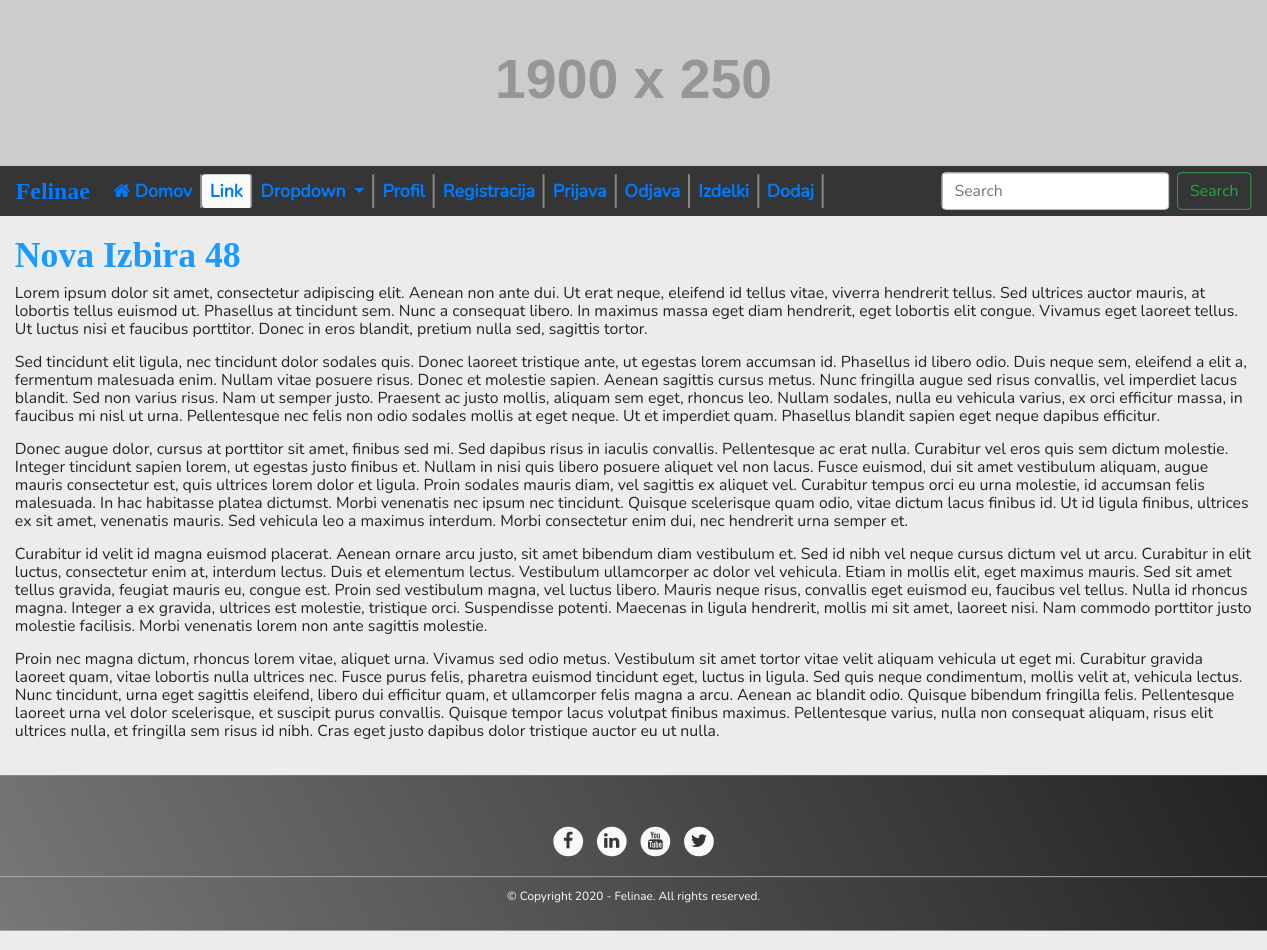
Repository: UrbyK/Felinae
Page: http://localhost/index.php?page=home
An editor plug-in stored every save of this project. The page is shown before and after the next save, followed by the edit.
The browser window is 1280 px wide. The pictures show the whole page, at 99% of full size.
Some web fonts or font styles are not loaded; a fallback is used. The page is run by PHP 8.4 with error messages shown; the project is at /var/www/html/.

Above is the page before, as saved 2020-08-30 00:18:00.

After the next save:
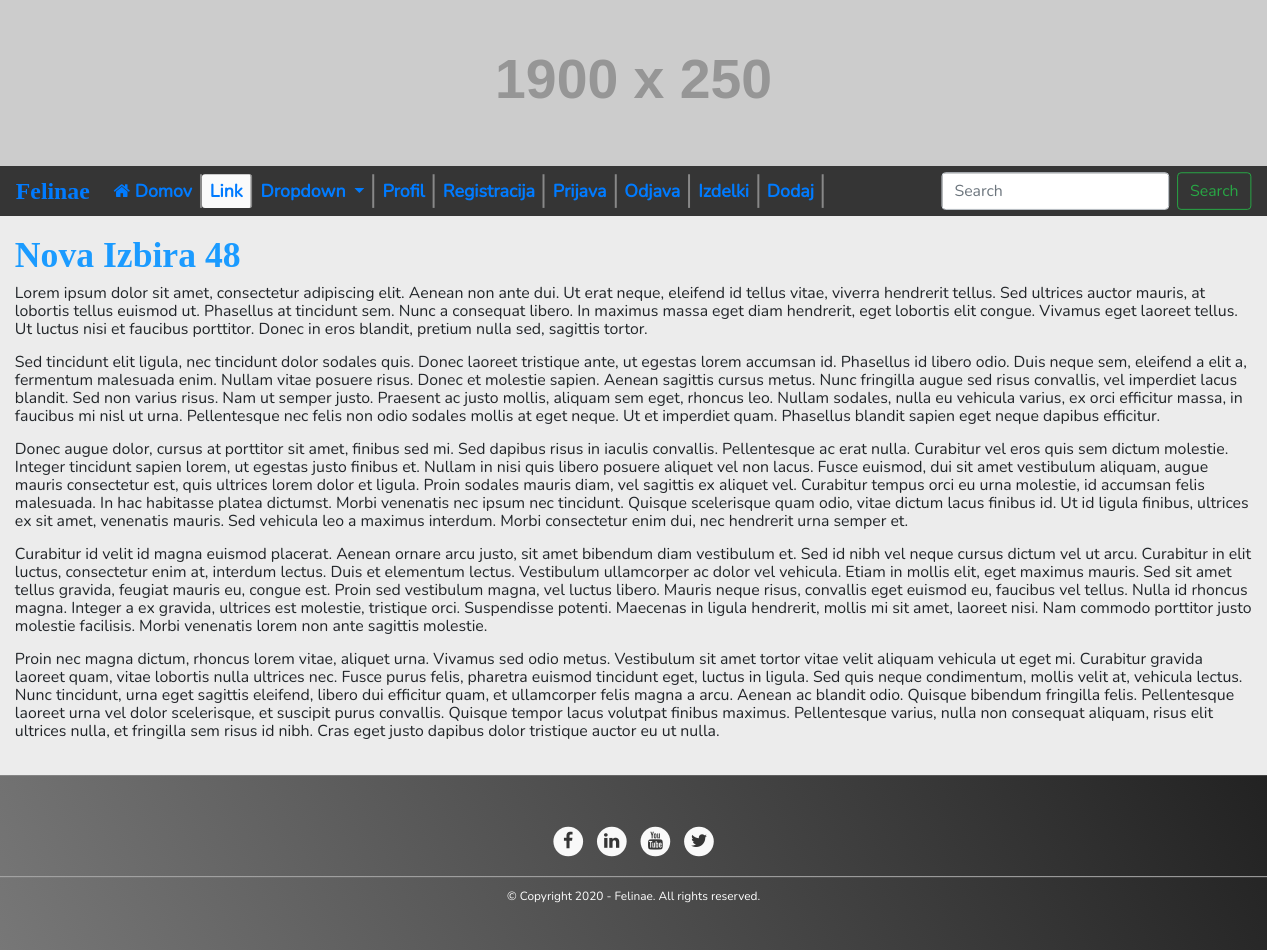
Saved 71 s later.
--- a/css/style.css
+++ b/css/style.css
@@ -581,3 +581,16 @@ li .discount{
 
 
 /*======FOOTER======*/
+
+html, body{
+  margin: 0;
+  height: 100%;
+}
+
+body{
+  display: flex;
+  flex-direction: column;
+}
+footer{
+  margin-top: auto;
+}
